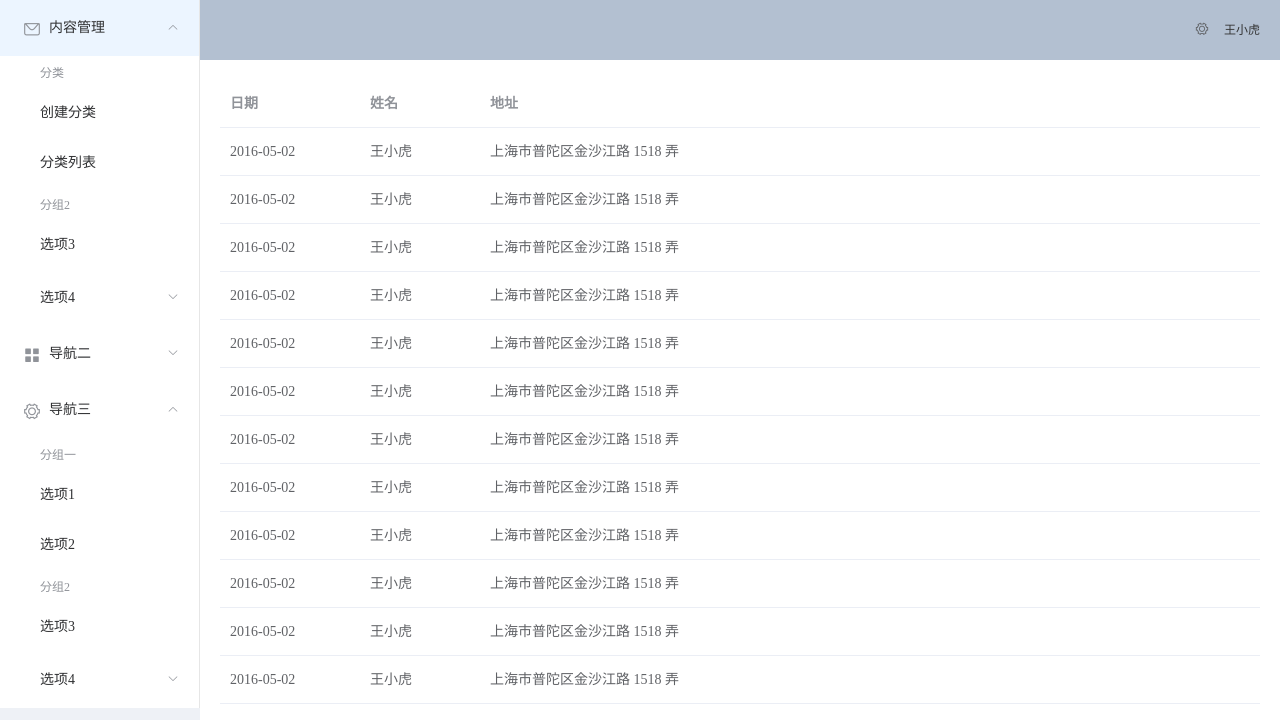
Repository: 2648121127/nodeStudy
Page: / (app in node-vue-rongyao/admin/)
An editor plug-in stored every save of this project. The page is shown before and after the next save, followed by the edit.
The browser window is 1280 px wide. The pictures show the whole page.
An inner scrolling area shows only its first screen. The project was rebuilt for these pictures with package versions that can differ from the ones it lists, and the page was loaded fresh each time.

Above is the page before, as saved 2020-01-03 14:59:00.

### node-vue-rongyao/admin/src/main.js
import Vue from 'vue'
import App from './App.vue'
import router from './router'
import store from './store'
import './plugins/element.js'

Vue.config.productionTip = false

new Vue({
    router,
    store,
    render: h => h(App)
}).$mount('#app')

### node-vue-rongyao/admin/src/App.vue
<template>
  <div id="app">
    <router-view/>
  </div>
</template>

<script>

export default {
  name: 'app',
  components: {

  }
}
</script>

<style>
html,body{
  margin:0;
  pading:0;
}
</style>

### node-vue-rongyao/admin/src/router/index.js
import Vue from 'vue'
import VueRouter from 'vue-router'
// import Home from '../views/Home.vue'
import Main from '../views/Main.vue'

Vue.use(VueRouter)

const routes = [{
        path: '/',
        name: 'main',
        component: Main
    }
]

const router = new VueRouter({
    mode: 'history',
    base: process.env.BASE_URL,
    routes
})

export default router

### node-vue-rongyao/admin/src/views/Main.vue
<template>
    <el-container style="height: 100vh;">
  <el-aside width="200px" style="background-color: rgb(238, 241, 246)">
    <el-menu router :default-openeds="['1', '3']">
      <el-submenu index="1">
        <template slot="title"><i class="el-icon-message"></i>内容管理</template>
        <el-menu-item-group>
          <template slot="title">分类</template>
          <el-menu-item index="1-1">创建分类</el-menu-item>
          <el-menu-item index="1-2">分类列表</el-menu-item>
        </el-menu-item-group>
        <el-menu-item-group title="分组2">
          <el-menu-item index="1-3">选项3</el-menu-item>
        </el-menu-item-group>
        <el-submenu index="1-4">
          <template slot="title">选项4</template>
          <el-menu-item index="1-4-1">选项4-1</el-menu-item>
        </el-submenu>
      </el-submenu>
      <el-submenu index="2">
        <template slot="title"><i class="el-icon-menu"></i>导航二</template>
        <el-menu-item-group>
          <template slot="title">分组一</template>
          <el-menu-item index="2-1">选项1</el-menu-item>
          <el-menu-item index="2-2">选项2</el-menu-item>
        </el-menu-item-group>
        <el-menu-item-group title="分组2">
          <el-menu-item index="2-3">选项3</el-menu-item>
        </el-menu-item-group>
        <el-submenu index="2-4">
          <template slot="title">选项4</template>
          <el-menu-item index="2-4-1">选项4-1</el-menu-item>
        </el-submenu>
      </el-submenu>
      <el-submenu index="3">
        <template slot="title"><i class="el-icon-setting"></i>导航三</template>
        <el-menu-item-group>
          <template slot="title">分组一</template>
          <el-menu-item index="3-1">选项1</el-menu-item>
          <el-menu-item index="3-2">选项2</el-menu-item>
        </el-menu-item-group>
        <el-menu-item-group title="分组2">
          <el-menu-item index="3-3">选项3</el-menu-item>
        </el-menu-item-group>
        <el-submenu index="3-4">
          <template slot="title">选项4</template>
          <el-menu-item index="3-4-1">选项4-1</el-menu-item>
        </el-submenu>
      </el-submenu>
    </el-menu>
  </el-aside>

  <el-container>
    <el-header style="text-align: right; font-size: 12px">
      <el-dropdown>
        <i class="el-icon-setting" style="margin-right: 15px"></i>
        <el-dropdown-menu slot="dropdown">
          <el-dropdown-item>查看</el-dropdown-item>
          <el-dropdown-item>新增</el-dropdown-item>
          <el-dropdown-item>删除</el-dropdown-item>
        </el-dropdown-menu>
      </el-dropdown>
      <span>王小虎</span>
    </el-header>

    <el-main>
      <el-table :data="tableData">
        <el-table-column prop="date" label="日期" width="140">
        </el-table-column>
        <el-table-column prop="name" label="姓名" width="120">
        </el-table-column>
        <el-table-column prop="address" label="地址">
        </el-table-column>
      </el-table>
    </el-main>
  </el-container>
</el-container>
</template>

<style>
  .el-header {
    background-color: #B3C0D1;
    color: #333;
    line-height: 60px;
  }

  .el-aside {
    color: #333;
  }
</style>

<script>
  export default {
    data() {
      const item = {
        date: '2016-05-02',
        name: '王小虎',
        address: '上海市普陀区金沙江路 1518 弄'
      };
      return {
        tableData: Array(20).fill(item)
      }
    }
  };
</script>

Loaded but not shown: node-vue-rongyao/admin/public/index.html (common file); node-vue-rongyao/admin/src/store/index.js (common file); node-vue-rongyao/admin/src/plugins/element.js (common file)

After the next save:
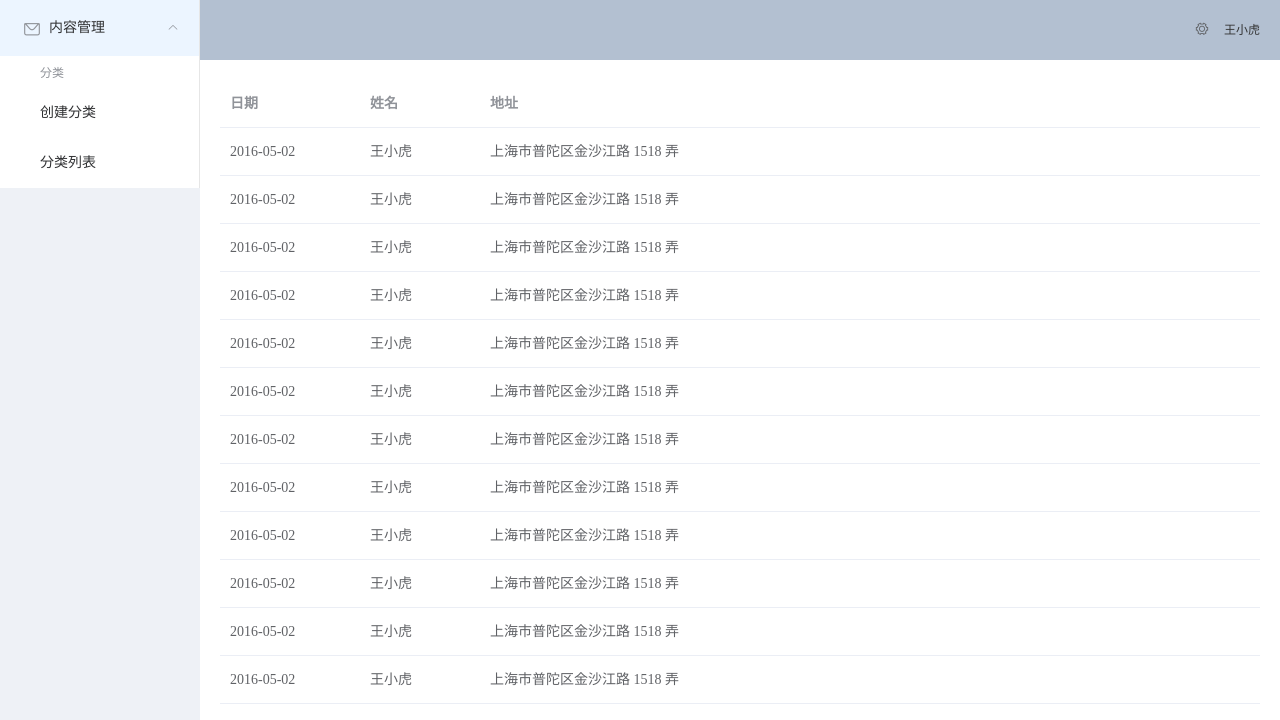
Saved 43 s later.
--- a/node-vue-rongyao/admin/src/views/Main.vue
+++ b/node-vue-rongyao/admin/src/views/Main.vue
@@ -9,43 +9,6 @@
           <el-menu-item index="1-1">创建分类</el-menu-item>
           <el-menu-item index="1-2">分类列表</el-menu-item>
         </el-menu-item-group>
-        <el-menu-item-group title="分组2">
-          <el-menu-item index="1-3">选项3</el-menu-item>
-        </el-menu-item-group>
-        <el-submenu index="1-4">
-          <template slot="title">选项4</template>
-          <el-menu-item index="1-4-1">选项4-1</el-menu-item>
-        </el-submenu>
-      </el-submenu>
-      <el-submenu index="2">
-        <template slot="title"><i class="el-icon-menu"></i>导航二</template>
-        <el-menu-item-group>
-          <template slot="title">分组一</template>
-          <el-menu-item index="2-1">选项1</el-menu-item>
-          <el-menu-item index="2-2">选项2</el-menu-item>
-        </el-menu-item-group>
-        <el-menu-item-group title="分组2">
-          <el-menu-item index="2-3">选项3</el-menu-item>
-        </el-menu-item-group>
-        <el-submenu index="2-4">
-          <template slot="title">选项4</template>
-          <el-menu-item index="2-4-1">选项4-1</el-menu-item>
-        </el-submenu>
-      </el-submenu>
-      <el-submenu index="3">
-        <template slot="title"><i class="el-icon-setting"></i>导航三</template>
-        <el-menu-item-group>
-          <template slot="title">分组一</template>
-          <el-menu-item index="3-1">选项1</el-menu-item>
-          <el-menu-item index="3-2">选项2</el-menu-item>
-        </el-menu-item-group>
-        <el-menu-item-group title="分组2">
-          <el-menu-item index="3-3">选项3</el-menu-item>
-        </el-menu-item-group>
-        <el-submenu index="3-4">
-          <template slot="title">选项4</template>
-          <el-menu-item index="3-4-1">选项4-1</el-menu-item>
-        </el-submenu>
       </el-submenu>
     </el-menu>
   </el-aside>
